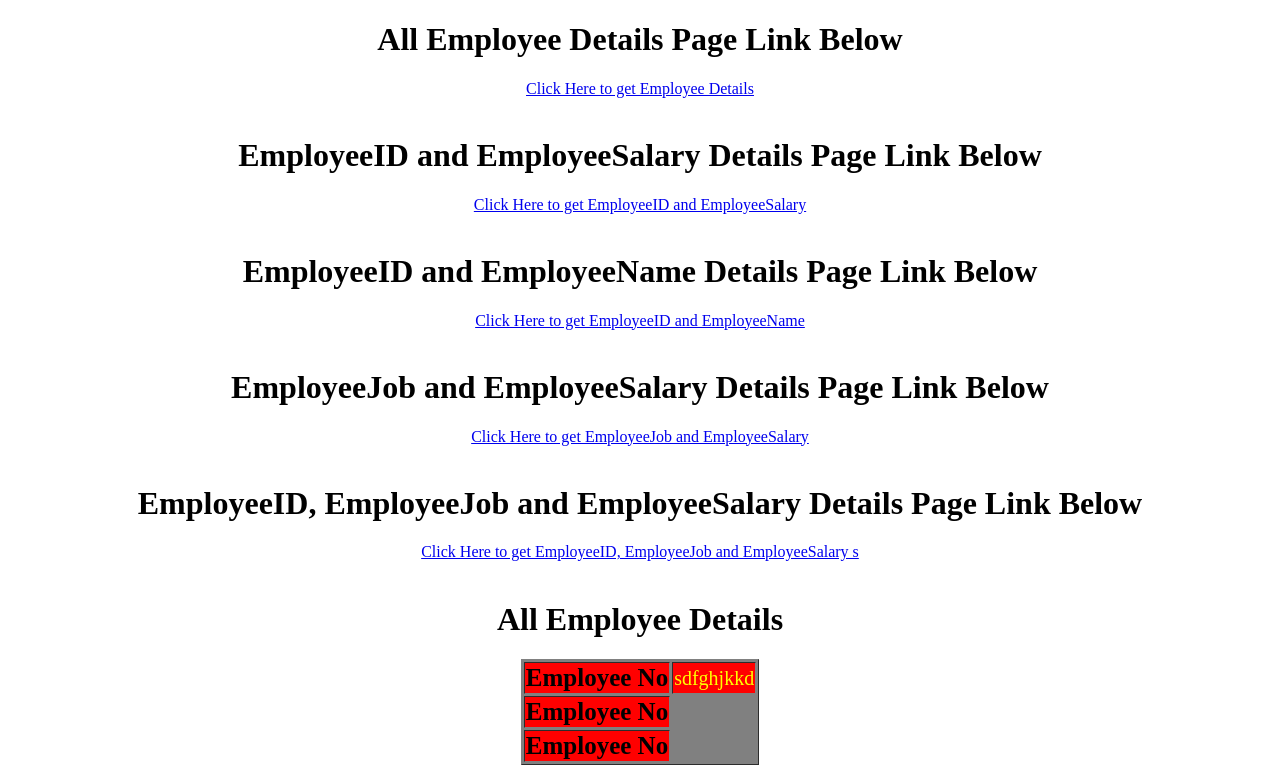
Repository: RhutujaBD/SpringMVCSession
Page: http://localhost/Spring-MVC-JDBCTemplate/WEB-INF/pages/home.jsp
The author's editor kept a copy of each file at every save. The page is drawn from the files as they stood at one save, then again after the next save.
The browser window is 1280 px wide. The pictures show the whole page.
The page is served by Tomcat 9. Nobody is signed in. The template is opened directly, without the code that normally fills it, so the values that code supplies are empty.

Above is the page before, as saved 2023-03-29 10:55:13.

After the next save:
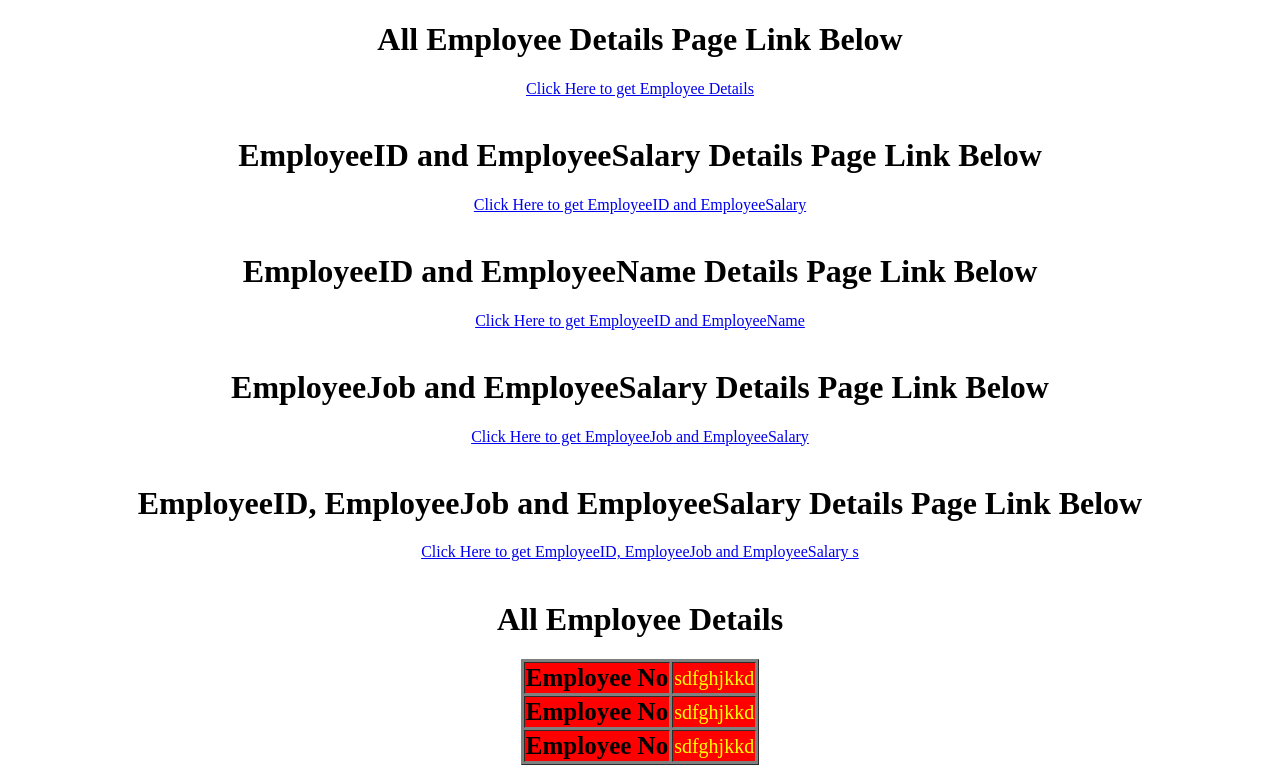
Saved 22 s later.
--- a/Spring-MVC-JDBCTemplate/src/main/webapp/WEB-INF/pages/home.jsp
+++ b/Spring-MVC-JDBCTemplate/src/main/webapp/WEB-INF/pages/home.jsp
@@ -52,14 +52,16 @@
 
 		<tr bgcolor="red" bordercolor="black">
 
-			<th>Employee No</th>
+			<th>Employee No
+			<td>sdfghjkkd</td>
+			</th>
 
 		</tr>
 
 		<tr bgcolor="red" bordercolor="black">
 
 			<th>Employee No</th>
-
+			<td>sdfghjkkd</td>
 		</tr>
 
 	</table>
